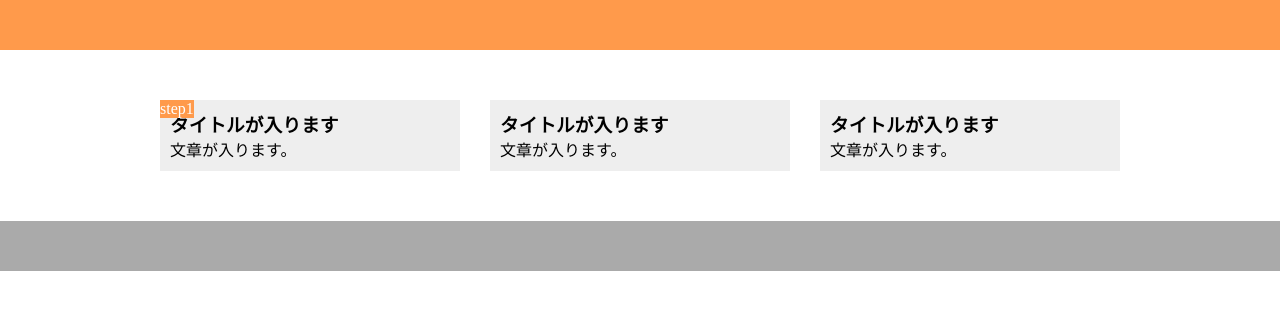
Repository: yofuu/caravan-chapter4
Page: chpter9/chapter10.html
The author's editor kept a record of every edit. The page is drawn from the files as they stood at one moment, then again after the next edit.
The browser window is 1280 px wide. The pictures show the whole page.

Above is the page before.

After the next edit:
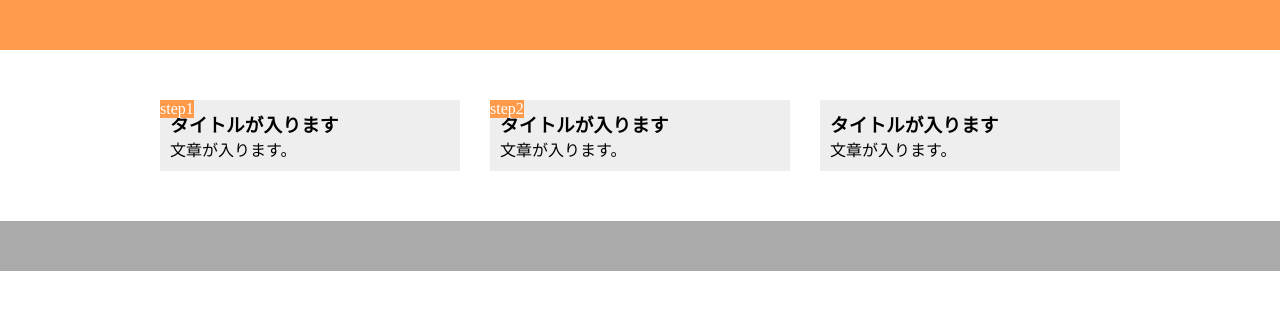
The edit:
--- a/chpter9/chapter10.html
+++ b/chpter9/chapter10.html
@@ -23,6 +23,9 @@
       <div class="blog-img2"></div>
       <h3>タイトルが入ります</h3>
       <p>文章が入ります。</p>
+      <div class="step-num">
+        <p>step2</p>
+      </div>
       </div>
 
       <div class="step-box">
